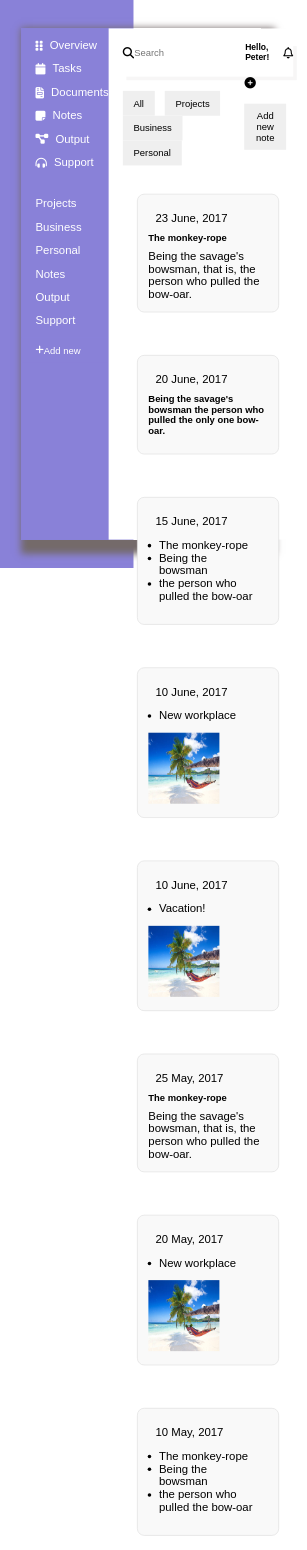
Repository: SatenikGabrielyan/HTML_CSS-_Assignment
Page: index.html
An editor plug-in stored every save of this project. The page is shown before and after a run of saves, followed by the edit.
The browser window is 375 px wide. The page is 433 px wide, so the pictures cover 433 px, including what lies to the right of the window. The pictures show the whole page, at 71% of full size.
Some web libraries are served in a nearby version.

Above is the page before, as saved 2025-03-18 01:05:19.

### index.html
<!DOCTYPE html>
<html lang="en">
  <head>
    <meta charset="UTF-8" />
    <meta name="viewport" content="width=device-width, initial-scale=1.0" />
    <title>Notes App</title>
    <link rel="stylesheet" href="./style.css" />
    <script src="https://kit.fontawesome.com/858d305f19.js" crossorigin="anonymous"></script>
</head>
  <body>
      <div class="cont">
          <div class="purp"></div>
          <div class="whit"></div>
      </div>
    <div class="container">
      <aside class="sidebar">
        <!-- <header class="circle">
            <i class="fa-regular fa-circle"></i>
        </header> -->
        <nav>
            <ul class="first">
                <li><i class="fa-solid fa-grip-vertical"></i>Overview</li>
                <li> <i class="fa-solid fa-calendar"></i>Tasks</li>
                <li><i class="fa-solid fa-file-invoice"></i>Documents</li>
                <li><i class="fa-solid fa-note-sticky"></i>Notes</li>
                <li><i class="fa-solid fa-diagram-project"></i>Output</li>
                <li><i class="fa-solid fa-headphones-simple"></i>Support</li>
            </ul>
            <ul class="second">
                <li>Projects</li>
                <li>Business</li>
                <li>Personal</li>
                <li>Notes</li>
                <li>Output</li>
                <li>Support</li>
            </ul>
        </nav>
        <button class="add-new"><i class="fa-solid fa-plus"></i>Add new</button>
        <div class="foot">

        </div>
    </aside>

    <main class="main-content">
       <div class="header">
            <i class="fas fa-search"></i>  <input type="text" placeholder="Search">
            <h3>Hello, Peter!</h3> <i class="fa-regular fa-bell"></i>
    </div>
    <div class="proj">
        <div class="but">
        <div class="tabs">
            <button>All</button>
            <button>Projects</button>
            <button>Business</button>
            <button>Personal</button>
        </div>
        <div >
            <i class="fa-solid fa-circle-plus"></i><button class="add tabs">Add new note</button>
        </div>
    </div>
        <!-- <div class="notes-grid">

            <div class="note-card">
                <h4>23 June, 2017</h4>
                <h5>The monkey-rope</h5>
                <p>Being the savage's bowsman, that is, the person who pulled the bow-oar.</p>
            </div>
            <div class="note-card">
                <h4>20 June, 2017</h4>
                <h5>Being the savage's bowsman</h5>
                <p>The person who pulled the only one bow-oar.</p>
            </div>
            <div class="note-card">
                <h4>1 June, 2017</h4>
                <h5>Vacation!</h5>
            </div>
            <div class="note-card">
                <h4>25 May, 2017</h4>
                <h5>The monkey-rope</h5>
                <p>Being the savage's bowsman, that is, the person who pulled the bow-oar.</p>
            </div>
            <div class="note-card">
                <h4>20 May, 2017</h4>
                <h5>New workplace</h5>
            </div>
            <div class="note-card">
                <h4>5 May, 2017</h4>
                <h5>That is, the person</h5>
                <p>Being the savage.</p>
            </div>
        </div> -->
        <div class="notes-grid">
            <div class="note-card">
                <h4>23 June, 2017</h4>
                <h5>The monkey-rope</h5>
                <p>Being the savage's bowsman, that is, the person who pulled the bow-oar.</p>
            </div>
            <div class="note-card">
                <h4>20 June, 2017</h4>
                <h5>Being the savage's bowsman the person who pulled the only one bow-oar.</h5>
            </div>
            <div class="note-card">
                <h4>15 June, 2017</h4>
                <ul>
                <li>The monkey-rope</li>
                <li>Being the bowsman</li>
                <li>the person who pulled the bow-oar</li>
            </ul>
            </div>
            <div class="note-card">
                <h4>10 June, 2017</h4>
                <ul>
                    <li>New workplace</li>
                </ul>
                <img class="imag" src="./img/istockphoto-475903022-612x612.jpg" alt="">
            </div>
            <div class="note-card">
                <h4>10 June, 2017</h4>
                <ul>
                    <li>Vacation!</li>
                </ul>
                <img class="imag" src="./img/istockphoto-475903022-612x612.jpg" alt="">
            </div>
            <div class="note-card">
                    <h4>25 May, 2017</h4>
                    <h5>The monkey-rope</h5>
                    <p>Being the savage's bowsman, that is, the person who pulled the bow-oar.</p>
            </div>
            <div class="note-card">
                <h4>20 May, 2017</h4>
                <ul>
                    <li>New workplace</li>
                </ul>
                <img class="imag" src="./img/istockphoto-475903022-612x612.jpg" alt="">
            </div>
            <div class="note-card">
                <h4>10 May, 2017</h4>
                <ul>
                <li>The monkey-rope</li>
                <li>Being the bowsman</li>
                <li>the person who pulled the bow-oar</li>
            </ul>
            </div>
            <!-- <div class="note-card">
                <h4>5 May, 2017</h4>
                <h5>That is, the person who pulled the only one bow-oar, being the savage.</h5>
            </div> -->
            <!-- <div class="note-card">
                <h4>1 May, 2017</h4>
                <ul>
                <li>The monkey-rope</li>
                <li>Being the bowsman</li>
                <li>the person who pulled the bow-oar</li>
            </ul>
            </div> -->
            <!-- <div class="note-card">
                <h4>1 May, 2017</h4>
                <h5>The monkey-rope</h5>
                <p>Being the savage's bowsman, that is, the person who pulled the bow-oar.</p>
            </div> -->
            <!-- <div class="note-card">
                <h4>20 May, 2017</h4>
                <ul>
                    <li>New workplace</li>
                </ul>
                <img class="imag" src="./img/istockphoto-475903022-612x612.jpg" alt="">
            </div> -->
        </div>
    </div>
    </main>

    </div>

  </body>
</html>

### style.css
/* CSS Variables for Colors */
:root {
    --bg-color: #fbfbfb;
    --primary-color: #8981d8;
    --secondary-color: #d0d0d0;
    --text-color: #858499;
    --highlight-color: #7f77cc;
    --hover-color: rgba(137, 129, 216, 0.5);
  }


  * {
    margin: 0;
    padding: 0;
    box-sizing: border-box;
  }

  body {
    font-family: Arial, sans-serif;
    /* background-color: var(--bg-color); */
    display: flex;
    height: 100vh;
  }
  .wrapper{
    position: relative;
  }

  .cont{
      display: flex;
      width: 100%;
      position: relative;
      z-index: -1;
      border-radius: 10px;
  }
.purp {
    width: 50%;
    background-color: var(--primary-color);
    flex-direction: row;
}
.whit {
    width: 50%;
    /* background-color: lightgray; */
    flex-direction: row;
}
  .container {
    display: flex;
    width: 90%;
    height: 90%;

    box-shadow: 10px 10px 10px 10px rgb(116, 106, 106);
    margin-left: 30px;
    margin-right: 30px;
    margin-top: 40px;
    margin-bottom: 80px;
    background: center;
    position: absolute;
    z-index: 2;
  }

   .sidebar {
    width: 200px;
    background-color: var(--primary-color);
    color: #fff;
    display: flex;
    flex-direction: column;
    /* padding: 20px; */
  }

  /* .main-content li {
    float: left;
  }

  .main-content li a {
    display: block;
    color: white;
    text-align: center;
    padding: 14px 16px;
    text-decoration: none;
  }

  .main-content li a:hover:not(.active) {
    background-color: #111;
  } */
  /* .first {
    list-style-type: none;
     list-style: none;
} */
.first li {
    margin: 15px 0;
    display: flex;
    align-items: center;
    cursor: pointer;
    padding-left: 20px;
}
  .sidebar-header h2 {
    margin-bottom: 20px;
  }

  .first li i {
    margin-right: 10px;
  }
  .second {
      margin-top: 40px;
  }
 .second li {
    margin: 15px 0;
    display: flex;
    align-items: center;
    cursor: pointer;
    padding-left: 20px;
 }
 .second li::marker {
    color: red;
  }
  .main-content {
    background-color: white;
    /* width: 200px; */
    flex-grow: 1;
    flex: 1;
    /* padding-top: 20px; */
     padding: 20px;
    /* overflow-y: auto;  */
  }

   /* header {
    display: flex;
    justify-content: space-between;
    align-items: center;
    margin-bottom: 20px;
  } */

  /*
  .header-left p {
    font-size: 1.2em;
    color: var(--text-color);
  }

  .header-right {
    display: flex;
    align-items: center;
  }

  .header-right i {
    margin-right: 20px;
    cursor: pointer;
  }

  .add-note-btn {
    background-color: var(--primary-color);
    color: #fff;
    border: none;
    padding: 10px 20px;
    cursor: pointer;
    display: flex;
    align-items: center;
  }

  .add-note-btn i {
    margin-right: 10px;
  }


  .notes-grid {
    display: grid;
    grid-template-columns: repeat(auto-fill, minmax(300px, 1fr));
    gap: 20px;
  }

  .note-item {
    background-color: #fff;
    border-radius: 8px;
    box-shadow: 0 2px 4px rgba(0, 0, 0, 0.1);
    overflow: hidden;
    display: flex;
    flex-direction: column;
    padding: 20px;
  }

  .note-item img {
    width: 100%;
    height: auto;
    border-radius: 8px;
    margin-bottom: 15px;
  }

  .note-item p {
    color: var(--text-color);
    font-size: 1em;
    line-height: 1.5;
  }


  .sidebar-list li:hover {
    background-color: var(--highlight-color);
    transition: background-color 0.3s ease;
  }


  @media (max-width: 768px) {
    .container {
      flex-direction: column;
    }

    .sidebar {
      width: 100%;
      flex-direction: row;
      justify-content: space-around;
      padding: 10px;
    }

    .sidebar-list {
      display: flex;
      flex-direction: row;
      gap: 15px;
    }

    .sidebar-list li {
      margin: 0;
    }

    .main-content {
      padding: 10px;
    }

    header {
      flex-direction: column;
      align-items: flex-start;
    }

    .header-right {
      margin-top: 10px;
    }

    .notes-grid {
      grid-template-columns: 1fr;
    }

    .note-item {
      padding: 10px;
    }

    .note-item img {
      margin-bottom: 10px;
    }
  } */
  /* .sidebar {
    background-color: #5e4b9a;
    color: white;
    width: 300px;
    padding: 20px;
} */

/* .sidebar header {
    font-size: 24px;
}

.sidebar nav ul {
    list-style: none;
    padding: 0;
}

.sidebar nav ul li {
    margin: 15px 0;
} */

.add-new {
    background-color: var(--primary-color);
    color: white;
    border: none;
    padding: 10px;
    cursor: pointer;
    display: flex;
    padding-left: 20px;
}

.header {
    display: flex;
    width: 100%;
    justify-content: space-between;
    align-items: center;
    background-color: white;
    box-shadow: 5px  5px rgb(247, 246, 246);
    padding-bottom: 20px;
}

.header input {
    border: none;
    margin: 0;
    width: 85%;
}

.header h3 {
    margin: 0;
    font-size: 12px;
}

.tabs {
    margin: 20px 0;
}

.tabs button {
    margin-right: 10px;
    padding: 10px 15px;
    border: none;
    /* background-color: #e2e2e2; */
    cursor: pointer;
}
.tabs :hover {
    background-color: var(--highlight-color);
    transition: background-color 0.3s ease;
  }

.notes-grid {
    display: grid;
    grid-template-columns: repeat(auto-fill, minmax(240px, 1fr));
    gap: 20px;
}
.but{
    display: flex;
    flex-direction: row;
    justify-content: space-between;
}
.add {
    margin-right: 10px;
    padding: 10px 15px;
    border: none;
    cursor: pointer;
}

.note-card {
    border: 1px solid #e2e2e2;
    border-radius: 10px;
    padding: 15px;
    margin: 20px;
    background-color: #f9f9f9;

}
.imag {
width: 100px;
height: 100px;
}

.note-card h4 {
    margin: 10px;
    font-weight: normal;
    align-items: center;
}

.note-card h5 {
    margin: 10px 0;
    align-items: center;
}
.note-card ul {
    margin: 15px;
    font-weight: normal;
    align-items: center;
}
@media only screen and (max-width: 600px) {
   .cont {
      visibility: lightblue;
    }
  }

After the next 2 saves:
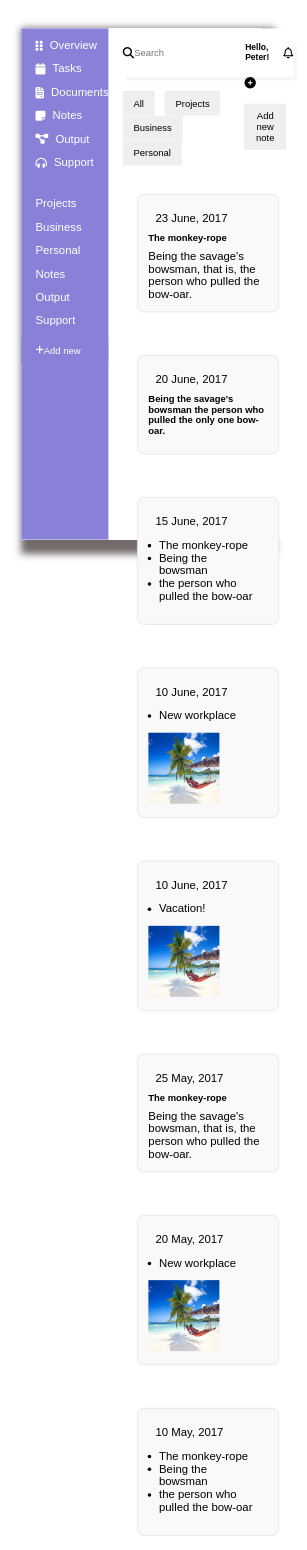
The 2 saves are shown as one change because they came seconds apart.
The last was saved 6 s later.
--- a/style.css
+++ b/style.css
@@ -357,6 +357,6 @@ height: 100px;
 }
 @media only screen and (max-width: 600px) {
    .cont {
-      visibility: lightblue;
-    }
-  }
+      visibility: hidden;
+    }
+  }
